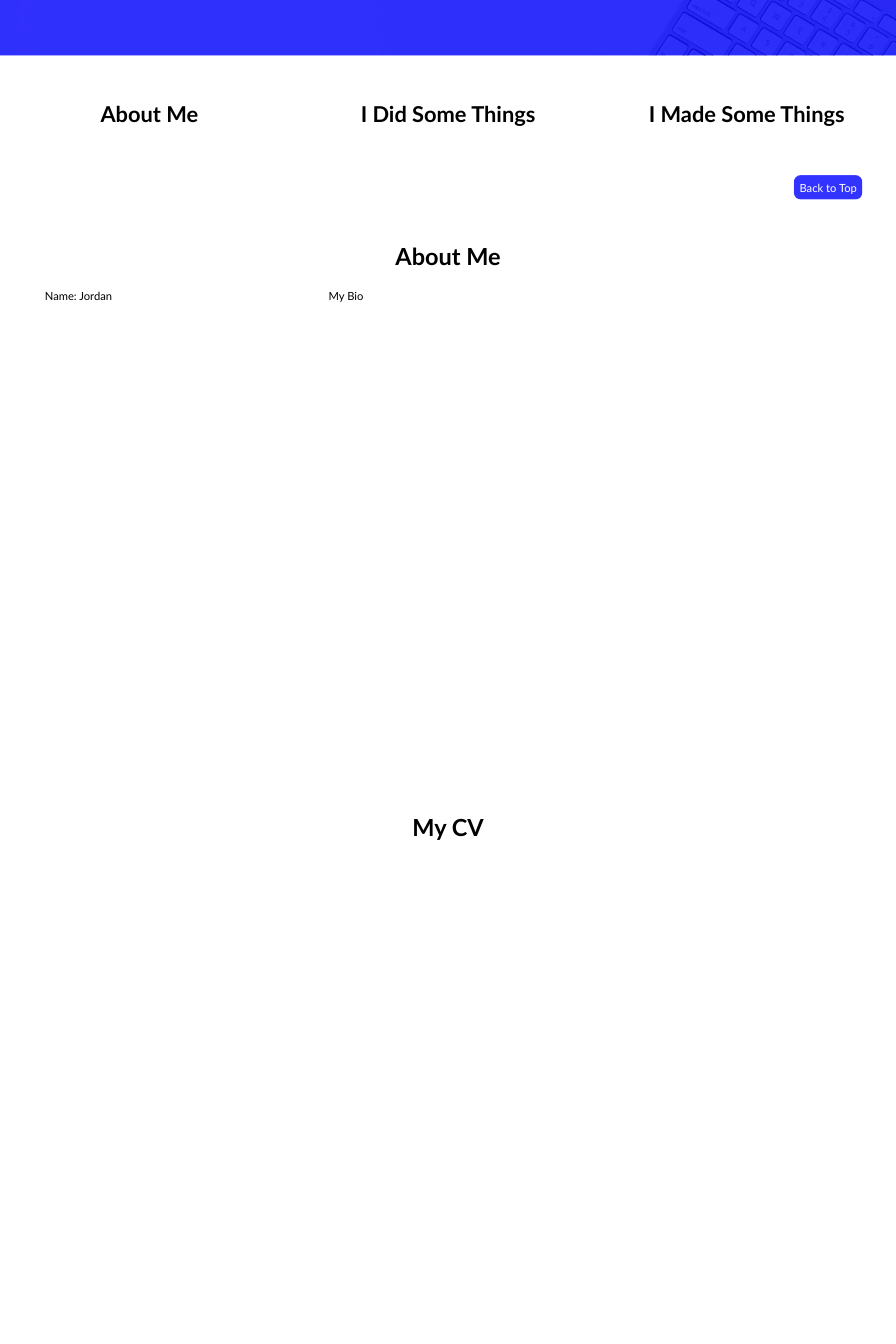
Repository: Scoofster/SWE-Flying-start-bio-website
Page: public/index.html
These files come from the project's save history. The page is drawn as it stood at one moment and after the next save; the edit follows.
The browser window is 1280 px wide. The pictures show the part of the page from y = 403 to 2323 px (the page is 3167 px tall before and 3186 px after), at 70% of full size.

Above is the page before, as saved 2022-06-16 15:17:26.

### public/index.html
<!--
You may use this in any way, on any site, all we ask is that you please keep the link(s) crediting the author.   Though this is not mandatory, it is certainly appreciated.
 -->

<!DOCTYPE html PUBLIC "-//W3C//DTD XHTML 1.0 Strict//EN" "http://www.w3.org/TR/xhtml1/DTD/xhtml1-strict.dtd">
<html xmlns="http://www.w3.org/1999/xhtml" xml:lang="en" lang="en">
  <head>
    <title>Blue Bliss by Bryant Smith</title>
    <meta http-equiv="content-type" content="text/html;charset=utf-8" />
    <link rel="stylesheet" type="text/css" href="index.css" />
  </head>
  <body>
    <div id="mainContentArea">
      <div id="hero" class="content-section">
        <div id="hero-overlay"></div>
        <div id="banner-photo"></div>
        <div id="hero-text">
          <h1>SWE @ Multiverse</h1>
          <h4>Web Developers Developing</h4>
        </div>
        <div id="about-me-nav-link" class="nav-link">
          <h2><a href="#about-me-anchor">About Me</a></a></h2>
        </div>
        <div id="cv-nav-link" class="nav-link">
          <h2><a href="#cv-anchor">I Did Some Things</a></h2>
        </div>
        <div id="porfolio-nav-link" class="nav-link">
          <h2><a href="#portfolio-anchor">I Made Some Things</a></h2>
        </div>
      </div>
      <div id="about-me-anchor" class="section-header"><h2>About Me</h2></div>
      <div id="about-me" class="content-section">
        <div id="personal-info">Name: Jordan</div>
        <div id="bio">My Bio</div>
      </div>
      <div id="cv-anchor" class="section-header"><h2>My CV</h2></div>
      <div id="cv" class="content-section"></div>
      <div id="portfolio-anchor" class="section-header"><h2>My Porfolio</h2></div>
      <div id="porfolio" class="content-section"></div>
    </div>
    <div id="back-to-top">
      <a href="#hero">Back to Top</a>
    </div>
  </body>
</html>

### public/index.css

html,body{
    margin:0;
    font-family:'Trebuchet MS', 'Lucida Sans Unicode', 'Lucida Grande', 'Lucida Sans', Arial, sans-serif;
    scroll-behavior: smooth;
    }

.content-section {
    margin-left: 5%;;
    padding: 0%;
    display: grid;
    height: 100vh;
    grid-template-columns: 1fr 1fr 1fr;

}

#hero {
    margin-left: 0%;
    width: calc(100vw-30px);
    height: 100vh;
    text-align: center;
}

#hero-overlay {
    grid-area: 1 /1 / span 2 / span 3;
    opacity: 80%;
    background-color: blue;

}

#banner-photo {
    background-image: url(./imgs/splash_photo.jpg);
    grid-area: 1 /1/ span 2 / span 3;
    background-size:cover;
    background-repeat: no-repeat;
    margin: 0;
}

#hero-text {
    grid-area: 2/2/2/2;
    color: white;

    z-index: 1;
  }

#hero-text > h1 {
    font-size: 300%;
}

.nav-link {
    height: 70%;
    width:100%;
    display:flex;
    align-items: center;
    justify-content: center;
}

.nav-link a {
    color: black;
    text-decoration: none;
    font-size: 130%;
}
  #personal-info {
    grid-area: 1/1/3/1
  }


  .section-header {
     display: flex;
     justify-content: center;
     font-size: 140%;
     scroll-margin-top: 2rem;
  }


  #back-to-top{
    padding: 0.5rem;
    display: flex;
    position: fixed;
    bottom: 2rem;
    right: 3rem;
    background-color: blue;
    opacity: 80%;
    border-radius: 10px;
  }
  #back-to-top > a {
    color: white;
    text-decoration: none;
  }

After the next save:
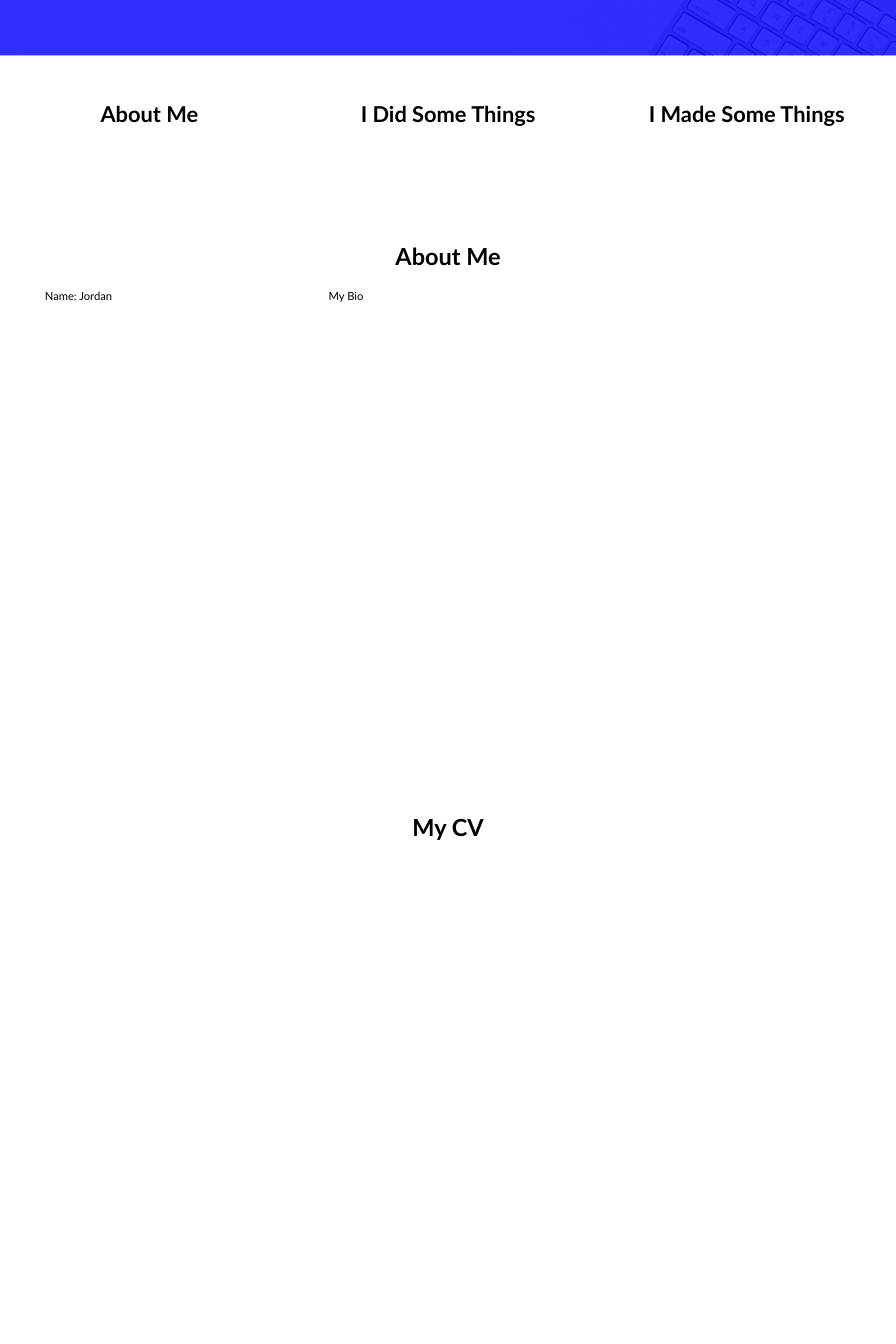
Saved 102 s later.
--- a/public/index.css
+++ b/public/index.css
@@ -71,19 +71,3 @@
      font-size: 140%;
      scroll-margin-top: 2rem;
   }
-
-
-  #back-to-top{
-    padding: 0.5rem;
-    display: flex;
-    position: fixed;
-    bottom: 2rem;
-    right: 3rem;
-    background-color: blue;
-    opacity: 80%;
-    border-radius: 10px;
-  }
-  #back-to-top > a {
-    color: white;
-    text-decoration: none;
-  }
